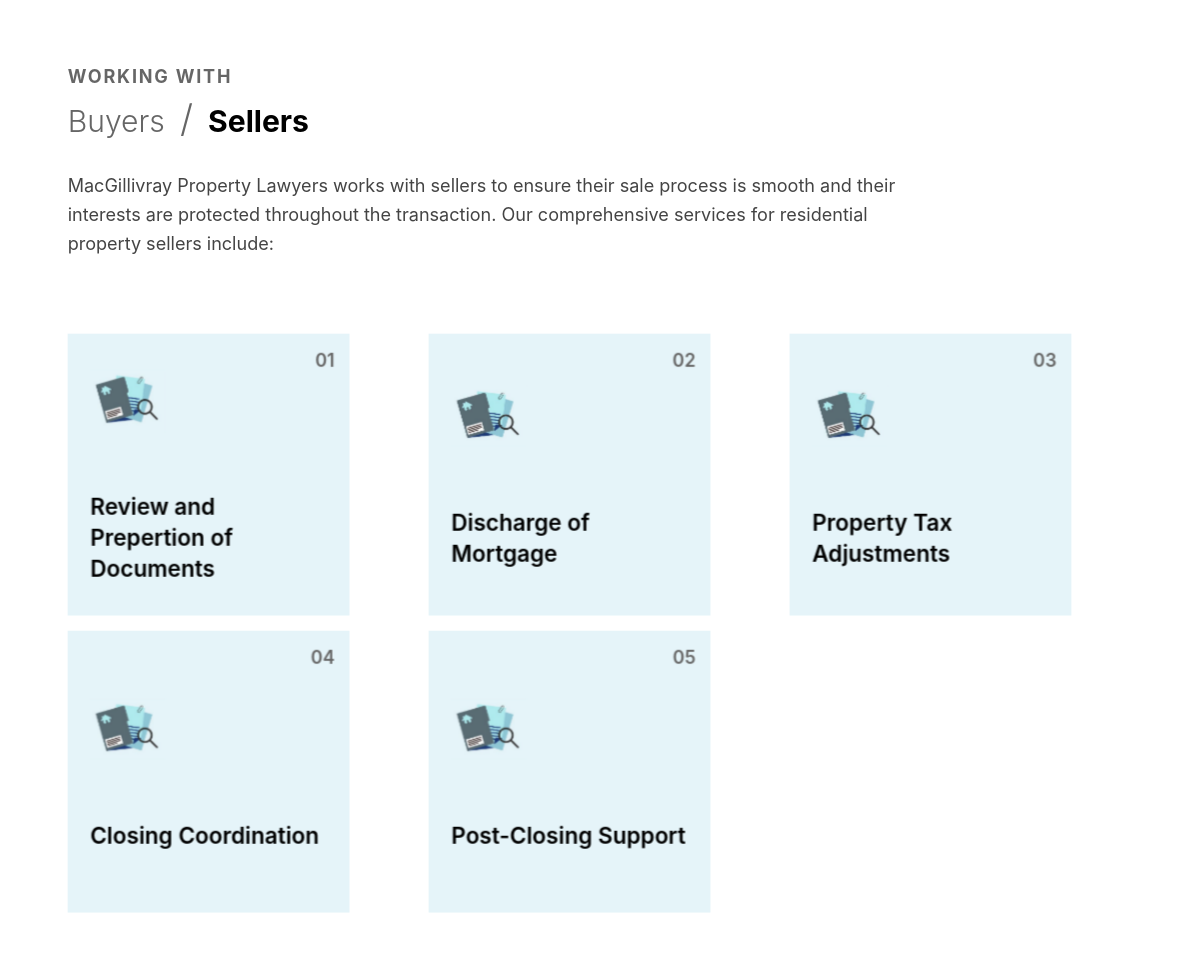
Repository: mibma/alphavent
Page: /sellers
The author's editor kept a copy of each file at every save. The page is drawn from the files as they stood at one save, then again after the next save.
The browser window is 1280 px wide. The pictures show the whole page, at 94% of full size.
The project was rebuilt for these pictures with package versions that can differ from the ones it lists, and the page was loaded fresh each time. The framework's server and built-in components were replaced by stand-ins that run in the browser.

Above is the page before, as saved 2025-04-24 18:27:40.

After the next save:
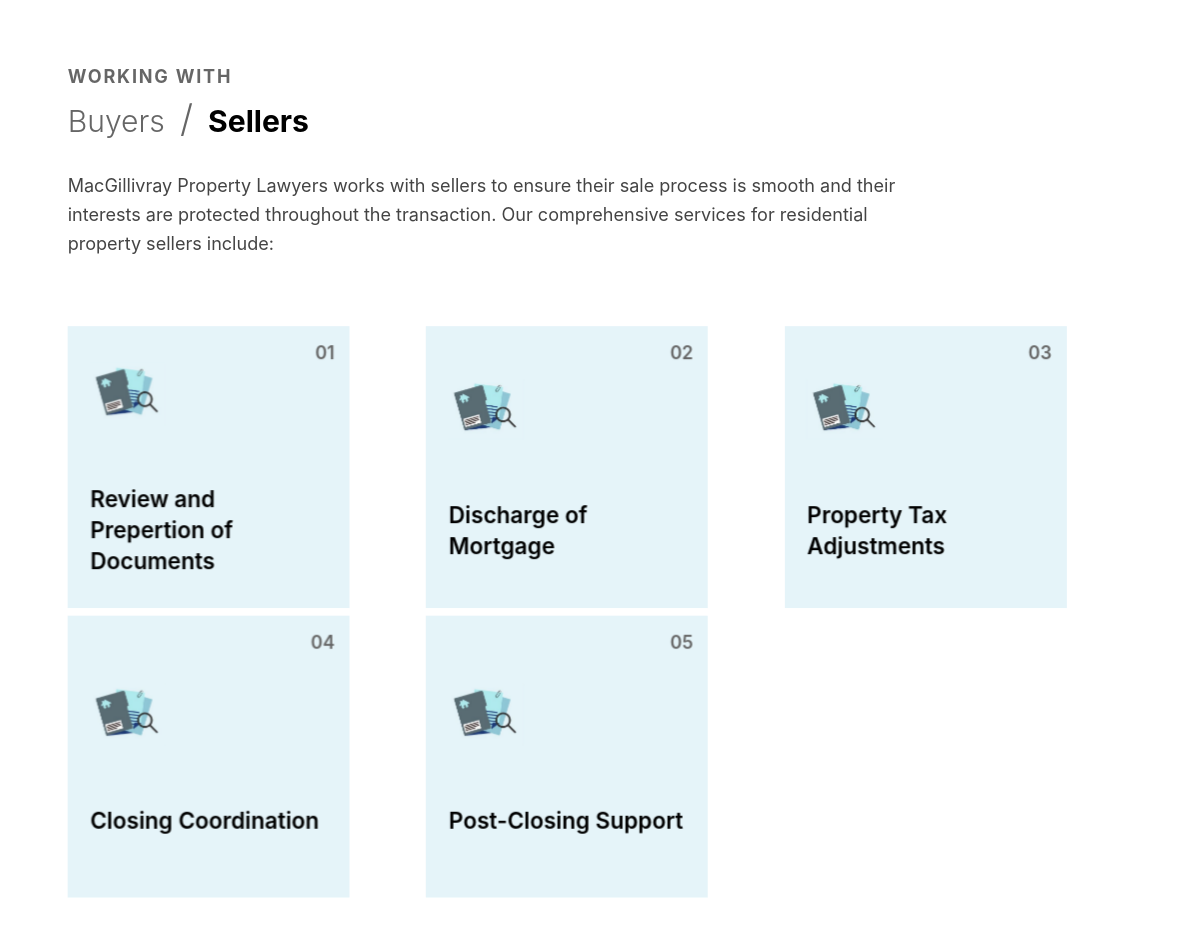
Saved 38 s later.
--- a/styles/Home.module.css
+++ b/styles/Home.module.css
@@ -125,8 +125,8 @@
 .servicesGrid {
   display: grid;
   grid-template-columns: repeat(auto-fit, minmax(280px, 1fr));
-  gap: 1rem;
-  padding: 1rem 0;
+  gap: 0.5rem;
+  padding: 0.5rem 0;
 }
 
 .serviceCard {
